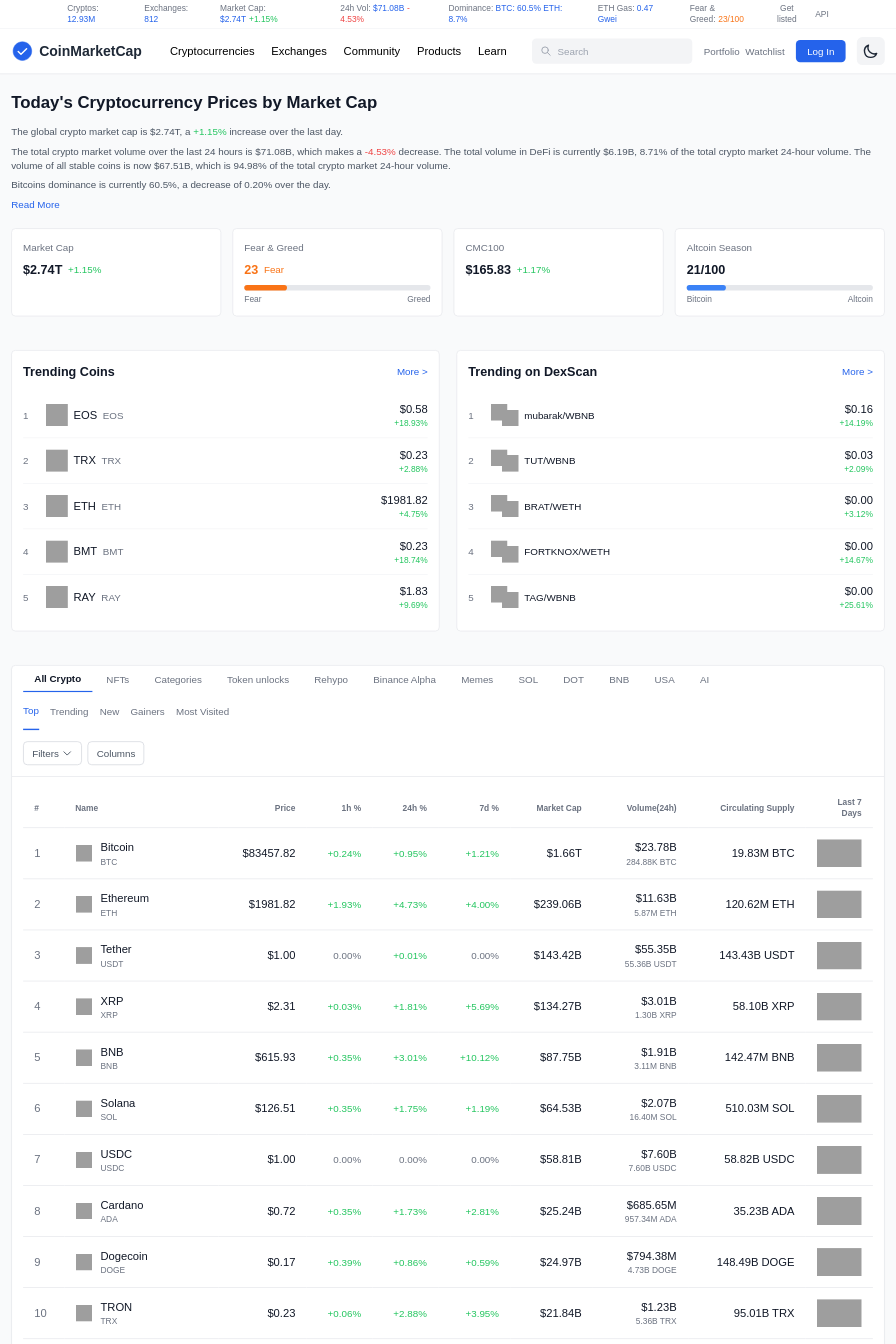
Repository: halilhaninan/testcmc
Page: /
An editor plug-in stored every save of this project. The page is shown before and after the next save, followed by the edit.
The browser window is 1280 px wide. The pictures show the part of the page from y = 0 to 1920 px (the page is 2883 px tall), at 70% of full size.
Pictures or frames that could not be fetched are drawn as grey boxes. The project was rebuilt for these pictures with package versions that can differ from the ones it lists, and the page was loaded fresh each time. Also part of the build but not shown: vite.config.ts.

Above is the page before, as saved 2025-04-07 20:36:12.

### index.html
<!DOCTYPE html>
<html lang="en">

<head>
  <meta charset="UTF-8" />
  <link rel="icon" type="image/svg+xml" href="data:[embedded picture, 526 characters]" />
  <meta name="viewport" content="width=device-width, initial-scale=1.0" />
  <title>Cryptocurrency Prices, Charts, and Market Capitalizations | CoinMarketCap Clone</title>
  <meta name="description" content="A clone of CoinMarketCap - the world's most-referenced price-tracking website for cryptoassets in the rapidly growing cryptocurrency space." />
</head>

<body>
  <div id="root"></div>
  <script type="module" src="/src/main.tsx"></script>
</body>

</html>

### src/main.tsx
import { createRoot } from "react-dom/client";
import "./index.css";
import App from "./App.tsx";

const rootElement = document.getElementById("root");
if (!rootElement) {
  throw new Error("Failed to find root element");
}

createRoot(rootElement).render(<App />);

### src/index.css
@tailwind base;
@tailwind components;
@tailwind utilities;

body {
  font-family: Arial, Helvetica, sans-serif;
}

:root {
  --background: 0 0% 100%;
  --foreground: 240 10% 3.9%;
  --card: 0 0% 100%;
  --card-foreground: 240 10% 3.9%;
  --popover: 0 0% 100%;
  --popover-foreground: 240 10% 3.9%;
  --primary: 240 5.9% 10%;
  --primary-foreground: 0 0% 98%;
  --secondary: 240 4.8% 95.9%;
  --secondary-foreground: 240 5.9% 10%;
  --muted: 240 4.8% 95.9%;
  --muted-foreground: 240 3.8% 46.1%;
  --accent: 240 4.8% 95.9%;
  --accent-foreground: 240 5.9% 10%;
  --destructive: 0 84.2% 60.2%;
  --destructive-foreground: 0 0% 98%;
  --border: 240 5.9% 90%;
  --input: 240 5.9% 90%;
  --ring: 240 5.9% 10%;
  --radius: 0.5rem;
  --chart-1: 12 76% 61%;
  --chart-2: 173 58% 39%;
  --chart-3: 197 37% 24%;
  --chart-4: 43 74% 66%;
  --chart-5: 27 87% 67%;
}

.dark {
  --background: 240 10% 3.9%;
  --foreground: 0 0% 98%;
  --card: 240 10% 3.9%;
  --card-foreground: 0 0% 98%;
  --popover: 240 10% 3.9%;
  --popover-foreground: 0 0% 98%;
  --primary: 0 0% 98%;
  --primary-foreground: 240 5.9% 10%;
  --secondary: 240 3.7% 15.9%;
  --secondary-foreground: 0 0% 98%;
  --muted: 240 3.7% 15.9%;
  --muted-foreground: 240 5% 64.9%;
  --accent: 240 3.7% 15.9%;
  --accent-foreground: 0 0% 98%;
  --destructive: 0 62.8% 30.6%;
  --destructive-foreground: 0 0% 98%;
  --border: 240 3.7% 15.9%;
  --input: 240 3.7% 15.9%;
  --ring: 240 4.9% 83.9%;
  --chart-1: 220 70% 50%;
  --chart-2: 160 60% 45%;
  --chart-3: 30 80% 55%;
  --chart-4: 280 65% 60%;
  --chart-5: 340 75% 55%;
}

@layer utilities {
  .no-scrollbar::-webkit-scrollbar {
    display: none;
  }

  .no-scrollbar {
    -ms-overflow-style: none;  /* IE and Edge */
    scrollbar-width: none;  /* Firefox */
  }
}

### src/App.tsx
import React from "react";
import Header from "./components/layout/Header";
import Footer from "./components/layout/Footer";
import GlobalStats from "./components/ui/GlobalStats";
import TrendingSection from "./components/ui/TrendingSection";
import FilterTabs from "./components/ui/FilterTabs";
import CryptoTable from "./components/ui/CryptoTable";
import { ThemeProvider } from "./context/ThemeContext";

function App() {
  return (
    <ThemeProvider>
      <div className="flex min-h-screen flex-col bg-gray-50 transition-colors duration-200 dark:bg-gray-900">
        <Header />
        <main className="flex-grow">
          <GlobalStats />
          <TrendingSection />
          <div className="container mx-auto px-4 py-4">
            <div className="overflow-hidden rounded-md border border-gray-200 bg-white shadow-sm transition-colors duration-200 dark:border-gray-700 dark:bg-gray-800">
              <FilterTabs />
              <CryptoTable />
            </div>
          </div>
        </main>
        <Footer />
      </div>
    </ThemeProvider>
  );
}

export default App;

### src/components/ui/GlobalStats.tsx
import React from "react";
import { globalStats } from "../../data/mockData";
import { formatNumber, formatCurrency, getPercentClass } from "../../utils/formatters";

const GlobalStats: React.FC = () => {
  return (
    <section className="container mx-auto px-4 py-6">
      <h1 className="mb-4 text-2xl font-bold text-gray-900 dark:text-white">
        Today's Cryptocurrency Prices by Market Cap
      </h1>

      <div className="mb-6 text-sm text-gray-600 dark:text-gray-300">
        <p>
          The global crypto market cap is {formatCurrency(globalStats.totalMarketCap)}, a{" "}
          <span className={getPercentClass(globalStats.totalMarketCapChange24h)}>
            {globalStats.totalMarketCapChange24h > 0 ? "+" : ""}
            {globalStats.totalMarketCapChange24h.toFixed(2)}%
          </span>{" "}
          increase over the last day.
        </p>
        <p className="mt-2">
          The total crypto market volume over the last 24 hours is{" "}
          {formatCurrency(globalStats.total24hVolume)}, which makes a{" "}
          <span className={getPercentClass(globalStats.total24hVolumeChange)}>
            {globalStats.total24hVolumeChange > 0 ? "+" : ""}
            {globalStats.total24hVolumeChange.toFixed(2)}%
          </span>{" "}
          decrease. The total volume in DeFi is currently $6.19B, 8.71% of the total crypto market
          24-hour volume. The volume of all stable coins is now $67.51B, which is 94.98% of the
          total crypto market 24-hour volume.
        </p>
        <p className="mt-2">
          Bitcoins dominance is currently {globalStats.btcDominance}%, a decrease of 0.20% over the
          day.
        </p>
        <button className="mt-2 text-blue-600 dark:text-blue-400">Read More</button>
      </div>

      <div className="mb-6 grid grid-cols-1 gap-4 md:grid-cols-2 lg:grid-cols-4">
        {/* Market Cap Card */}
        <div className="flex flex-col rounded-md border border-gray-200 bg-white p-4 dark:border-gray-700 dark:bg-gray-800">
          <h3 className="mb-2 text-sm font-medium text-gray-500 dark:text-gray-400">Market Cap</h3>
          <div className="flex items-center">
            <span className="text-lg font-bold text-gray-900 dark:text-white">
              {formatCurrency(globalStats.totalMarketCap)}
            </span>
            <span
              className={`ml-2 text-sm ${getPercentClass(globalStats.totalMarketCapChange24h)}`}
            >
              {globalStats.totalMarketCapChange24h > 0 ? "+" : ""}
              {globalStats.totalMarketCapChange24h.toFixed(2)}%
            </span>
          </div>
        </div>

        {/* Fear & Greed Card */}
        <div className="flex flex-col rounded-md border border-gray-200 bg-white p-4 dark:border-gray-700 dark:bg-gray-800">
          <h3 className="mb-2 text-sm font-medium text-gray-500 dark:text-gray-400">
            Fear & Greed
          </h3>
          <div className="flex items-center">
            <span className="text-lg font-bold text-orange-500">
              {globalStats.fearAndGreedIndex}
            </span>
            <span className="ml-2 text-sm text-orange-500">{globalStats.fearAndGreedLabel}</span>
          </div>
          <div className="mt-2 h-2 w-full rounded-full bg-gray-200 dark:bg-gray-700">
            <div
              className="h-2 rounded-full bg-orange-500"
              style={{ width: `${globalStats.fearAndGreedIndex}%` }}
            ></div>
          </div>
          <div className="mt-1 flex justify-between text-xs text-gray-500 dark:text-gray-400">
            <span>Fear</span>
            <span>Greed</span>
          </div>
        </div>

        {/* CMC100 Card */}
        <div className="flex flex-col rounded-md border border-gray-200 bg-white p-4 dark:border-gray-700 dark:bg-gray-800">
          <h3 className="mb-2 text-sm font-medium text-gray-500 dark:text-gray-400">CMC100</h3>
          <div className="flex items-center">
            <span className="text-lg font-bold text-gray-900 dark:text-white">$165.83</span>
            <span className="ml-2 text-sm text-green-500">+1.17%</span>
          </div>
        </div>

        {/* Altcoin Season Card */}
        <div className="flex flex-col rounded-md border border-gray-200 bg-white p-4 dark:border-gray-700 dark:bg-gray-800">
          <h3 className="mb-2 text-sm font-medium text-gray-500 dark:text-gray-400">
            Altcoin Season
          </h3>
          <div className="flex items-center">
            <span className="text-lg font-bold text-gray-900 dark:text-white">21/100</span>
          </div>
          <div className="mt-2 h-2 w-full rounded-full bg-gray-200 dark:bg-gray-700">
            <div className="h-2 rounded-full bg-blue-500" style={{ width: "21%" }}></div>
          </div>
          <div className="mt-1 flex justify-between text-xs text-gray-500 dark:text-gray-400">
            <span>Bitcoin</span>
            <span>Altcoin</span>
          </div>
        </div>
      </div>
    </section>
  );
};

export default GlobalStats;

### src/components/ui/TrendingSection.tsx
import React from "react";
import { trendingCoins, trendingDexPairs } from "../../data/mockData";
import { formatCurrencyWithDecimals, getPercentClass } from "../../utils/formatters";

const TrendingSection: React.FC = () => {
  return (
    <section className="container mx-auto mb-8 px-4">
      <div className="flex flex-col gap-6 md:flex-row">
        {/* Trending Coins Card */}
        <div className="w-full rounded-md border border-gray-200 bg-white p-4 dark:border-gray-700 dark:bg-gray-800 md:w-1/2">
          <div className="mb-4 flex items-center justify-between">
            <h2 className="text-lg font-bold text-gray-900 dark:text-white">Trending Coins</h2>
            <a href="#" className="text-sm text-blue-600 hover:underline dark:text-blue-400">
              More &gt;
            </a>
          </div>

          <div className="divide-y divide-gray-100 dark:divide-gray-700">
            {trendingCoins.map((coin, index) => (
              <div key={coin.id} className="flex items-center py-3">
                <div className="w-6 text-sm text-gray-500 dark:text-gray-400">{index + 1}</div>
                <div className="mx-2 h-8 w-8">
                  <img src={coin.logo} alt={coin.name} className="h-full w-full" />
                </div>
                <div className="flex-1">
                  <div className="flex items-center">
                    <span className="font-medium text-gray-900 dark:text-white">{coin.name}</span>
                    <span className="ml-2 text-sm text-gray-500 dark:text-gray-400">
                      {coin.symbol}
                    </span>
                  </div>
                </div>
                <div className="flex flex-col items-end">
                  <span className="font-medium text-gray-900 dark:text-white">
                    {formatCurrencyWithDecimals(coin.price)}
                  </span>
                  <span className={`text-xs ${getPercentClass(coin.percentChange24h)}`}>
                    {coin.percentChange24h > 0 ? "+" : ""}
                    {coin.percentChange24h.toFixed(2)}%
                  </span>
                </div>
              </div>
            ))}
          </div>
        </div>

        {/* Trending on DexScan Card */}
        <div className="w-full rounded-md border border-gray-200 bg-white p-4 dark:border-gray-700 dark:bg-gray-800 md:w-1/2">
          <div className="mb-4 flex items-center justify-between">
            <h2 className="text-lg font-bold text-gray-900 dark:text-white">Trending on DexScan</h2>
            <a href="#" className="text-sm text-blue-600 hover:underline dark:text-blue-400">
              More &gt;
            </a>
          </div>

          <div className="divide-y divide-gray-100 dark:divide-gray-700">
            {trendingDexPairs.map((pair, index) => (
              <div key={pair.id} className="flex items-center py-3">
                <div className="w-6 text-sm text-gray-500 dark:text-gray-400">{index + 1}</div>
                <div className="relative mx-2 h-8 w-10">
                  <img
                    src={pair.token1Logo}
                    alt="Token 1"
                    className="absolute left-0 top-0 h-6 w-6"
                  />
                  <img
                    src={pair.token2Logo}
                    alt="Token 2"
                    className="absolute bottom-0 right-0 h-6 w-6"
                  />
                </div>
                <div className="flex-1">
                  <div className="flex items-center">
                    <span className="text-sm font-medium text-gray-900 dark:text-white">
                      {pair.name}
                    </span>
                  </div>
                </div>
                <div className="flex flex-col items-end">
                  <span className="font-medium text-gray-900 dark:text-white">
                    {formatCurrencyWithDecimals(pair.price)}
                  </span>
                  <span className={`text-xs ${getPercentClass(pair.percentChange24h)}`}>
                    {pair.percentChange24h > 0 ? "+" : ""}
                    {pair.percentChange24h.toFixed(2)}%
                  </span>
                </div>
              </div>
            ))}
          </div>
        </div>
      </div>
    </section>
  );
};

export default TrendingSection;

### src/components/ui/FilterTabs.tsx
import React, { useState } from 'react';

const FilterTabs: React.FC = () => {
  const [activeTab, setActiveTab] = useState('top');

  const tabs = [
    { id: 'top', label: 'Top' },
    { id: 'trending', label: 'Trending' },
    { id: 'new', label: 'New' },
    { id: 'gainers', label: 'Gainers' },
    { id: 'mostVisited', label: 'Most Visited' }
  ];

  return (
    <div className="border-b border-gray-200 mb-4">
      <div className="container mx-auto px-4">
        {/* Main Category Tabs */}
        <div className="flex overflow-x-auto no-scrollbar space-x-1 text-sm">
          <button className="px-4 py-2 font-semibold text-gray-900 border-b-2 border-blue-600">
            All Crypto
          </button>
          <button className="px-4 py-2 text-gray-500 hover:text-gray-900">
            NFTs
          </button>
          <button className="px-4 py-2 text-gray-500 hover:text-gray-900">
            Categories
          </button>
          <button className="px-4 py-2 text-gray-500 hover:text-gray-900">
            Token unlocks
          </button>
          <button className="px-4 py-2 text-gray-500 hover:text-gray-900">
            Rehypo
          </button>
          <button className="px-4 py-2 text-gray-500 hover:text-gray-900">
            Binance Alpha
          </button>
          <button className="px-4 py-2 text-gray-500 hover:text-gray-900">
            Memes
          </button>
          <button className="px-4 py-2 text-gray-500 hover:text-gray-900">
            SOL
          </button>
          <button className="px-4 py-2 text-gray-500 hover:text-gray-900">
            DOT
          </button>
          <button className="px-4 py-2 text-gray-500 hover:text-gray-900">
            BNB
          </button>
          <button className="px-4 py-2 text-gray-500 hover:text-gray-900">
            USA
          </button>
          <button className="px-4 py-2 text-gray-500 hover:text-gray-900">
            AI
          </button>
        </div>

        {/* Subcategory Tabs */}
        <div className="flex space-x-4 mt-4">
          {tabs.map(tab => (
            <button
              key={tab.id}
              className={`pb-4 text-sm font-medium transition-colors relative ${
                activeTab === tab.id
                  ? 'text-blue-600 border-b-2 border-blue-600'
                  : 'text-gray-500 hover:text-gray-900'
              }`}
              onClick={() => setActiveTab(tab.id)}
            >
              {tab.label}
            </button>
          ))}
        </div>

        {/* Filter Buttons */}
        <div className="flex justify-between items-center py-4">
          <div className="flex space-x-2">
            <button className="py-1.5 px-3 text-sm text-gray-600 border border-gray-300 rounded-md hover:bg-gray-50 flex items-center">
              <span>Filters</span>
              <svg className="w-4 h-4 ml-1" fill="none" viewBox="0 0 24 24" stroke="currentColor">
                <path strokeLinecap="round" strokeLinejoin="round" strokeWidth="2" d="M19 9l-7 7-7-7" />
              </svg>
            </button>
            <button className="py-1.5 px-3 text-sm text-gray-600 border border-gray-300 rounded-md hover:bg-gray-50">
              Columns
            </button>
          </div>
        </div>
      </div>
    </div>
  );
};

export default FilterTabs;

### src/context/ThemeContext.tsx
import React, { createContext, useContext, useState, useEffect } from "react";

type ThemeContextType = {
  isDarkMode: boolean;
  toggleTheme: () => void;
};

const ThemeContext = createContext<ThemeContextType | undefined>(undefined);

export const ThemeProvider: React.FC<{ children: React.ReactNode }> = ({ children }) => {
  const [isDarkMode, setIsDarkMode] = useState(() => {
    if (typeof window !== "undefined") {
      const savedTheme = localStorage.getItem("theme");
      return (
        savedTheme === "dark" ||
        (!savedTheme && window.matchMedia("(prefers-color-scheme: dark)").matches)
      );
    }
    return false;
  });

  useEffect(() => {
    if (isDarkMode) {
      document.documentElement.classList.add("dark");
      localStorage.setItem("theme", "dark");
    } else {
      document.documentElement.classList.remove("dark");
      localStorage.setItem("theme", "light");
    }
  }, [isDarkMode]);

  const toggleTheme = () => {
    setIsDarkMode(!isDarkMode);
  };

  return (
    <ThemeContext.Provider value={{ isDarkMode, toggleTheme }}>{children}</ThemeContext.Provider>
  );
};

export const useTheme = () => {
  const context = useContext(ThemeContext);
  if (context === undefined) {
    throw new Error("useTheme must be used within a ThemeProvider");
  }
  return context;
};

### src/utils/formatters.ts
/**
 * Format large numbers to a readable format with abbreviations (K, M, B, T)
 */
export const formatNumber = (num: number): string => {
  if (num === undefined || num === null) return "N/A";

  if (num >= 1e12) {
    return (num / 1e12).toFixed(2) + 'T';
  } else if (num >= 1e9) {
    return (num / 1e9).toFixed(2) + 'B';
  } else if (num >= 1e6) {
    return (num / 1e6).toFixed(2) + 'M';
  } else if (num >= 1e3) {
    return (num / 1e3).toFixed(2) + 'K';
  } else {
    return num.toFixed(2);
  }
};

/**
 * Format a number as a currency with $ prefix
 */
export const formatCurrency = (num: number): string => {
  if (num === undefined || num === null) return "N/A";

  if (num >= 1e12) {
    return '$' + (num / 1e12).toFixed(2) + 'T';
  } else if (num >= 1e9) {
    return '$' + (num / 1e9).toFixed(2) + 'B';
  } else if (num >= 1e6) {
    return '$' + (num / 1e6).toFixed(2) + 'M';
  } else if (num >= 1e3) {
    return '$' + (num / 1e3).toFixed(2) + 'K';
  } else {
    return '$' + num.toFixed(2);
  }
};

/**
 * Format a number as a currency with $ prefix and maximum decimals
 */
export const formatCurrencyWithDecimals = (num: number, decimals = 2): string => {
  if (num === undefined || num === null) return "N/A";

  // For small numbers (stablecoins), show more decimals
  if (num < 1 && num > 0) {
    return '$' + num.toFixed(Math.min(6, decimals));
  }

  // For normal numbers
  return '$' + num.toFixed(decimals);
};

/**
 * Format a percentage with % suffix and color
 */
export const formatPercent = (num: number): string => {
  if (num === undefined || num === null) return "N/A";
  return (num > 0 ? '+' : '') + num.toFixed(2) + '%';
};

/**
 * Format supply numbers
 */
export const formatSupply = (num: number, symbol: string): string => {
  if (num === undefined || num === null) return "N/A";

  if (num >= 1e12) {
    return (num / 1e12).toFixed(2) + 'T ' + symbol;
  } else if (num >= 1e9) {
    return (num / 1e9).toFixed(2) + 'B ' + symbol;
  } else if (num >= 1e6) {
    return (num / 1e6).toFixed(2) + 'M ' + symbol;
  } else if (num >= 1e3) {
    return (num / 1e3).toFixed(2) + 'K ' + symbol;
  } else {
    return num.toFixed(2) + ' ' + symbol;
  }
};

/**
 * Get CSS class for positive or negative percentage
 */
export const getPercentClass = (percent: number): string => {
  if (percent > 0) {
    return 'text-green-500';
  } else if (percent < 0) {
    return 'text-red-500';
  } else {
    return 'text-gray-500';
  }
};

Loaded but not shown: tailwind.config.js (118 lines, source omitted); src/components/layout/Footer.tsx (269 lines, source omitted); src/data/mockData.ts (340 lines, source omitted); src/components/layout/Header.tsx (201 lines, source omitted); src/components/ui/CryptoTable.tsx (126 lines, source omitted)

After the next save:
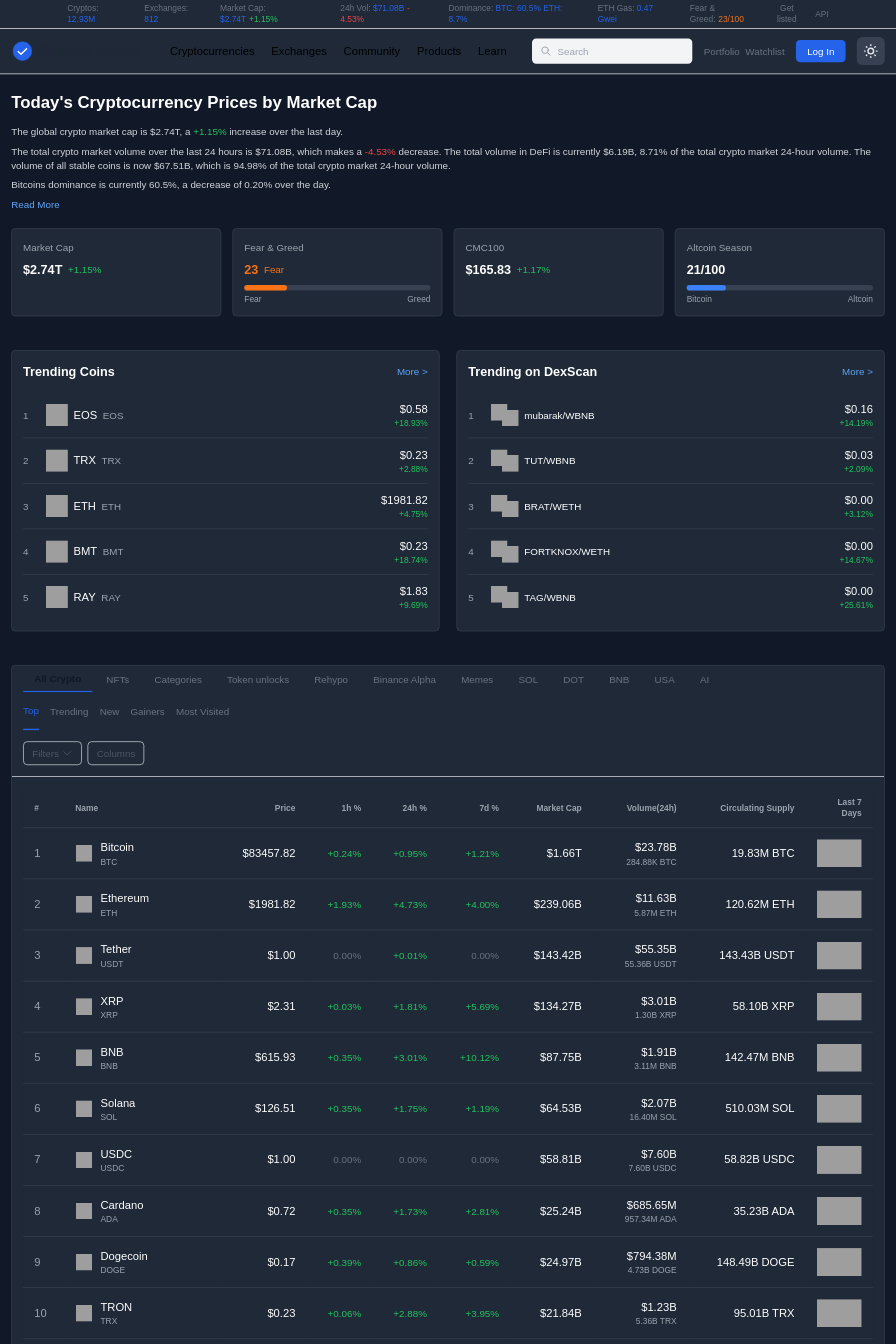
Saved 9 s later.
--- a/src/context/ThemeContext.tsx
+++ b/src/context/ThemeContext.tsx
@@ -8,24 +8,16 @@
 const ThemeContext = createContext<ThemeContextType | undefined>(undefined);
 
 export const ThemeProvider: React.FC<{ children: React.ReactNode }> = ({ children }) => {
-  const [isDarkMode, setIsDarkMode] = useState(() => {
-    if (typeof window !== "undefined") {
-      const savedTheme = localStorage.getItem("theme");
-      return (
-        savedTheme === "dark" ||
-        (!savedTheme && window.matchMedia("(prefers-color-scheme: dark)").matches)
-      );
-    }
-    return false;
+  const [isDarkMode, setIsDarkMode] = useState<boolean>(() => {
+    // Varsayılan olarak dark mode'u aktif et
+    return true;
   });
 
   useEffect(() => {
     if (isDarkMode) {
       document.documentElement.classList.add("dark");
-      localStorage.setItem("theme", "dark");
     } else {
       document.documentElement.classList.remove("dark");
-      localStorage.setItem("theme", "light");
     }
   }, [isDarkMode]);
 
